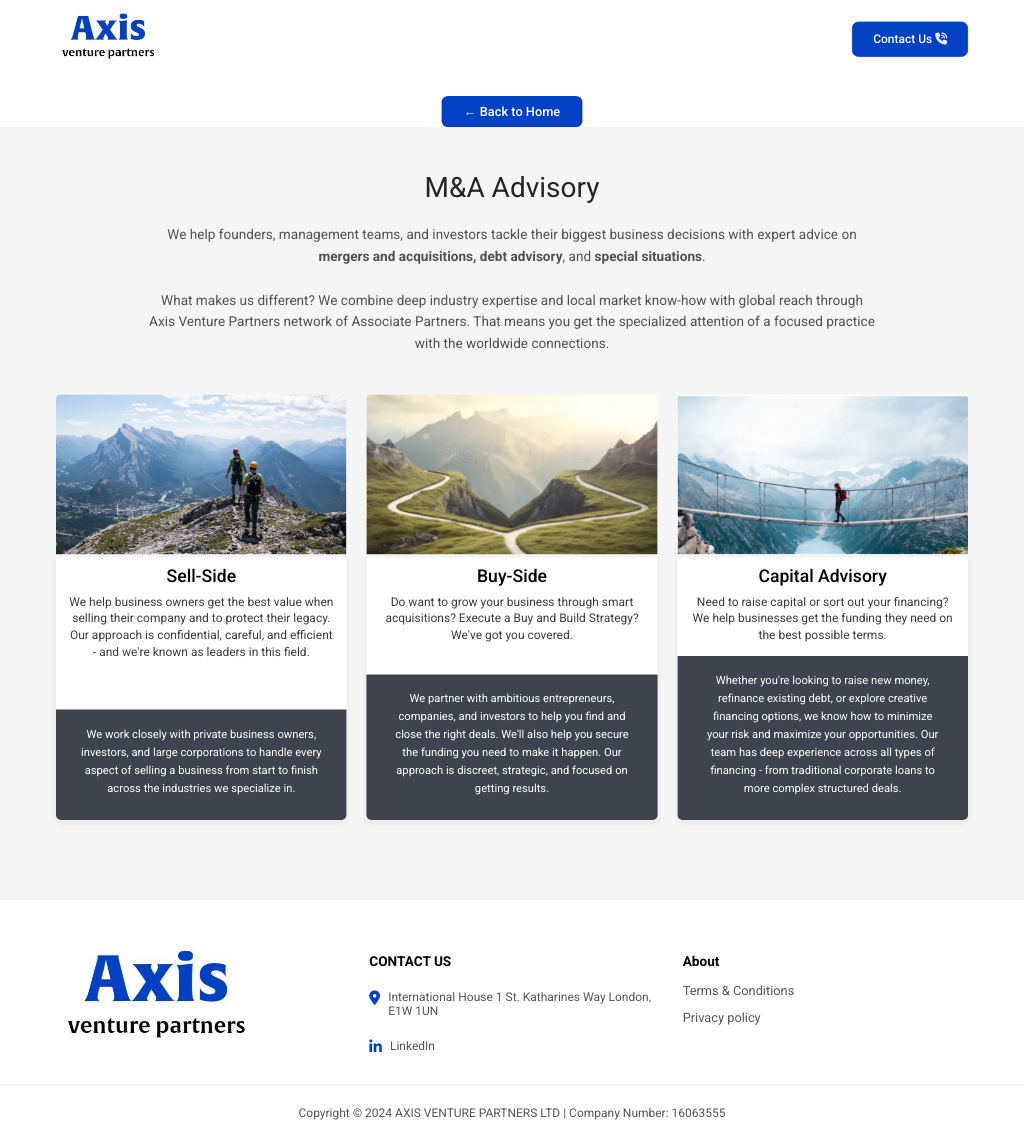
Repository: uchasowa/axisventures
Page: ma-advisory.html
These files come from the project's save history. The page is drawn as it stood at one moment and after the next save; the edit follows.
The browser window is 1280 px wide. The pictures show the whole page, at 80% of full size.
Some web libraries are served in a nearby version.

Above is the page before, as saved 2025-07-01 19:37:17.

After the next save:
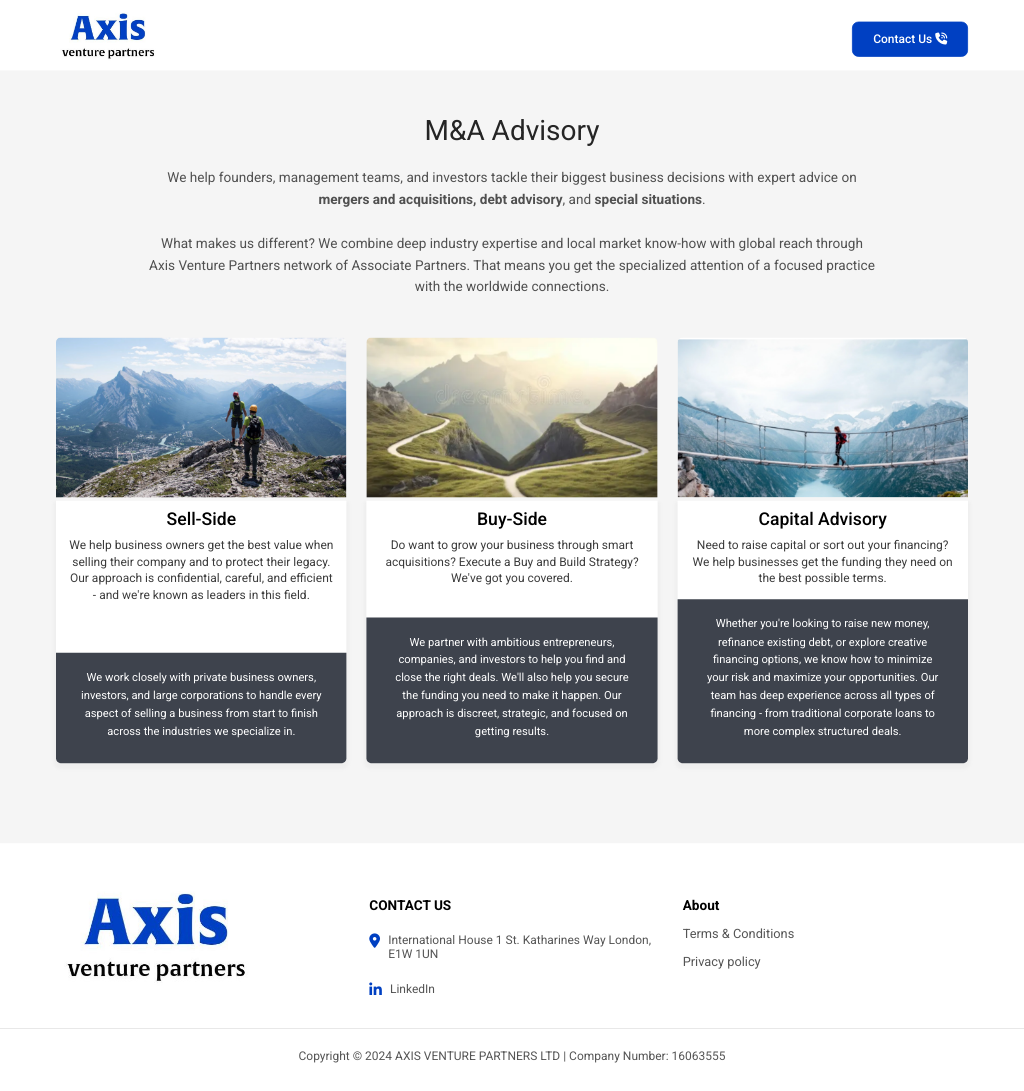
Saved 14 min 50 s later.
--- a/ma-advisory.html
+++ b/ma-advisory.html
@@ -22,7 +22,6 @@
         </div>
     </header>
     <main>
-        <a href="index.html" style="display:block;width:fit-content;margin:32px auto 0 auto;padding:10px 28px;background:#0040c2;color:#fff;border-radius:8px;text-decoration:none;font-weight:500;">&#8592; Back to Home</a>
         <section class="whatWeDo" aria-label="M&A Advisory Services" style="padding-top:30px;">
             <div class="container">
                 <div class="title wow animate__fadeInUp" data-wow-duration="0.8s">
